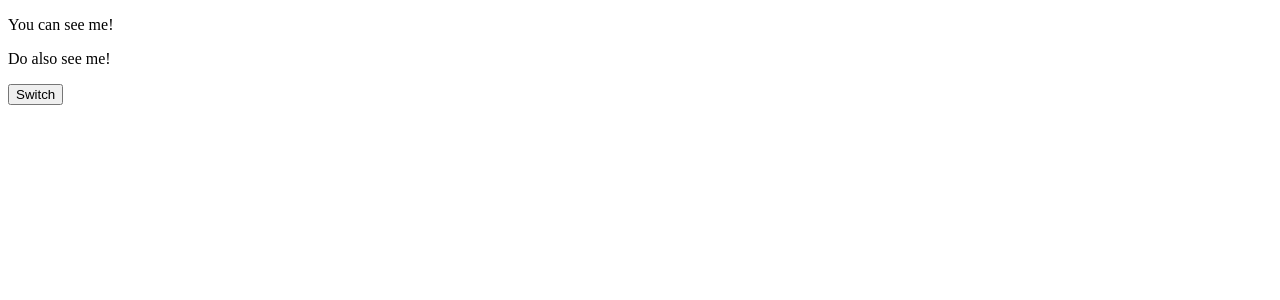
Repository: wojkos/Learn
Page: Vue/index.1.html
An editor plug-in stored every save of this project. The page is shown before and after the next save, followed by the edit.
The browser window is 1280 px wide. The pictures show the whole page.

Above is the page before, as saved 2018-04-10 23:34:37.

### Vue/index.1.html
<!DOCTYPE html>
<html lang="en">

<head>
    <meta charset="UTF-8">
    <title>Document</title>
    <script src="vue/vue.js">
    </script>
</head>

<body>
    <div id="app">
        <p v-if="show">You can see me!</p>
        <p v-else>Now you see me!</p>
        <p>Do also see me!</p>
        <button @click="show = !show">Switch</button>
    </div>


    <script>
        new Vue({
            el: '#app',
            data: {
                show: true
            }

        });
    </script>
</body>

</html>

Loaded but not shown: Vue/vue/vue.js (library)

After the next save:
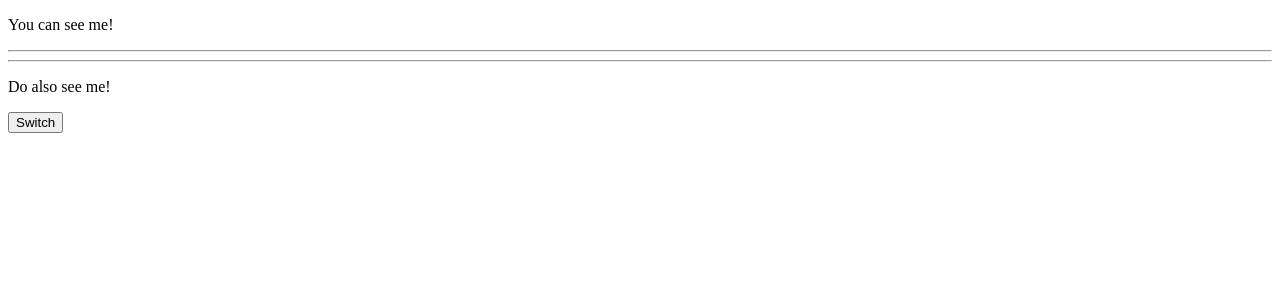
Saved 39 s later.
--- a/Vue/index.1.html
+++ b/Vue/index.1.html
@@ -11,7 +11,9 @@
 <body>
     <div id="app">
         <p v-if="show">You can see me!</p>
+        <hr>
         <p v-else>Now you see me!</p>
+        <hr>
         <p>Do also see me!</p>
         <button @click="show = !show">Switch</button>
     </div>
